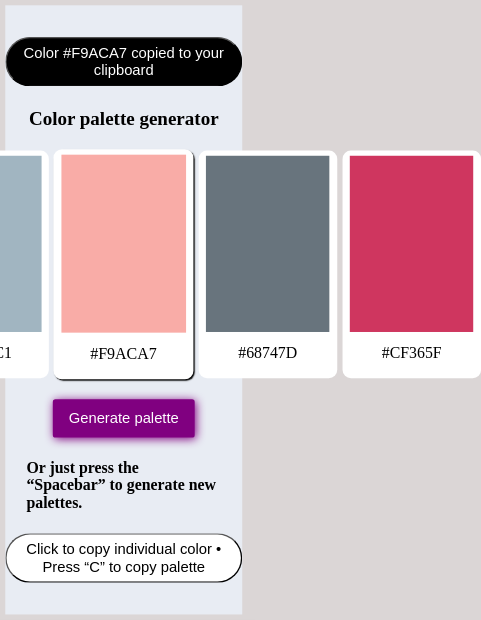
Repository: Hcmwebs/Color-Palette-Generator
Page: index.html
These files come from the project's save history. The page is drawn as it stood at one moment and after the next save; the edit follows.
The browser window is 375 px wide. The page is 729 px wide, then 375 px, so the pictures cover 729 px, including what lies to the right of the window. The pictures show the whole page, at 66% of full size.

Above is the page before, as saved 2020-07-07 11:38:27.

After the next save:
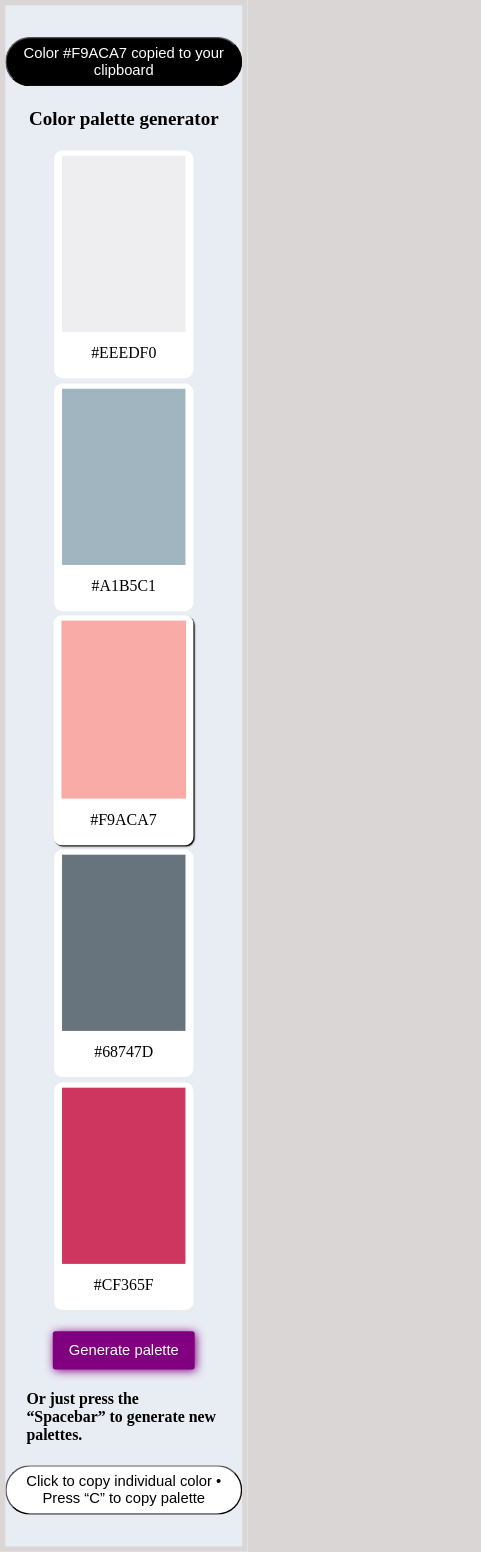
Saved 2 min 13 s later.
--- a/styles.css
+++ b/styles.css
@@ -130,8 +130,10 @@ h3{
     .container{
         min-width: 300px;
         width: 100%;
-        height: auto;
         margin: 0 auto;
+    }
+    .card{
+        grid-template-columns: 1fr;
     }
 
 }
